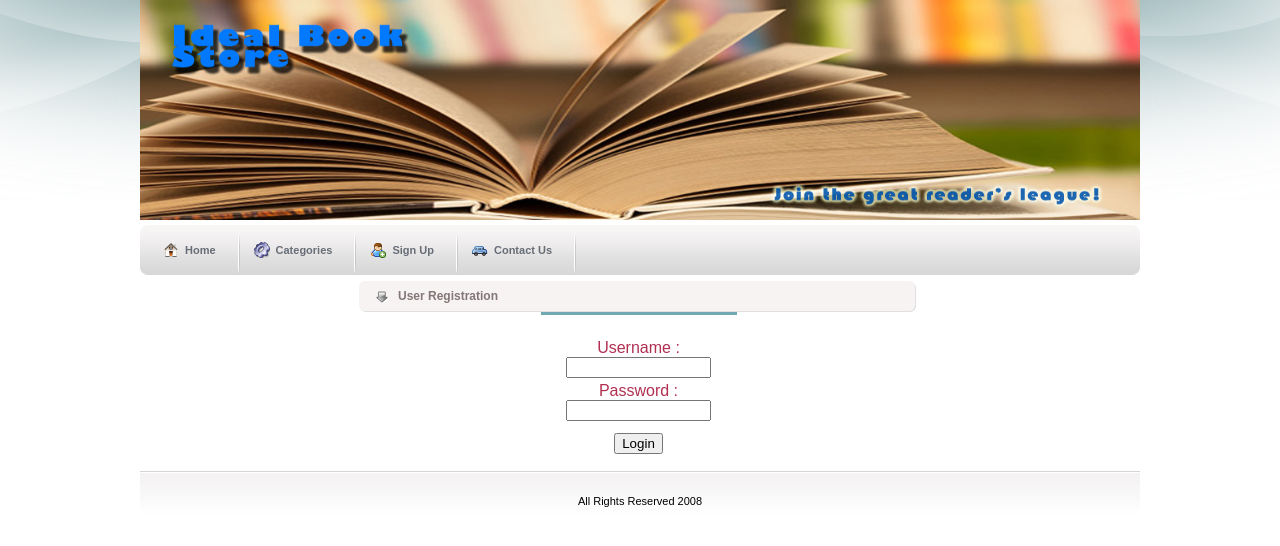
Repository: tusharjain887/Online-Book-Sales
Page: PROJECT/workspace/workspace/OnlineBook/WebContent/corpuser.html
These files come from the project's save history. The page is drawn as it stood at one moment and after the next save; the edit follows.
The browser window is 1280 px wide. The pictures show the whole page.

Above is the page before, as saved 2013-04-09 13:32:42.

After the next save:
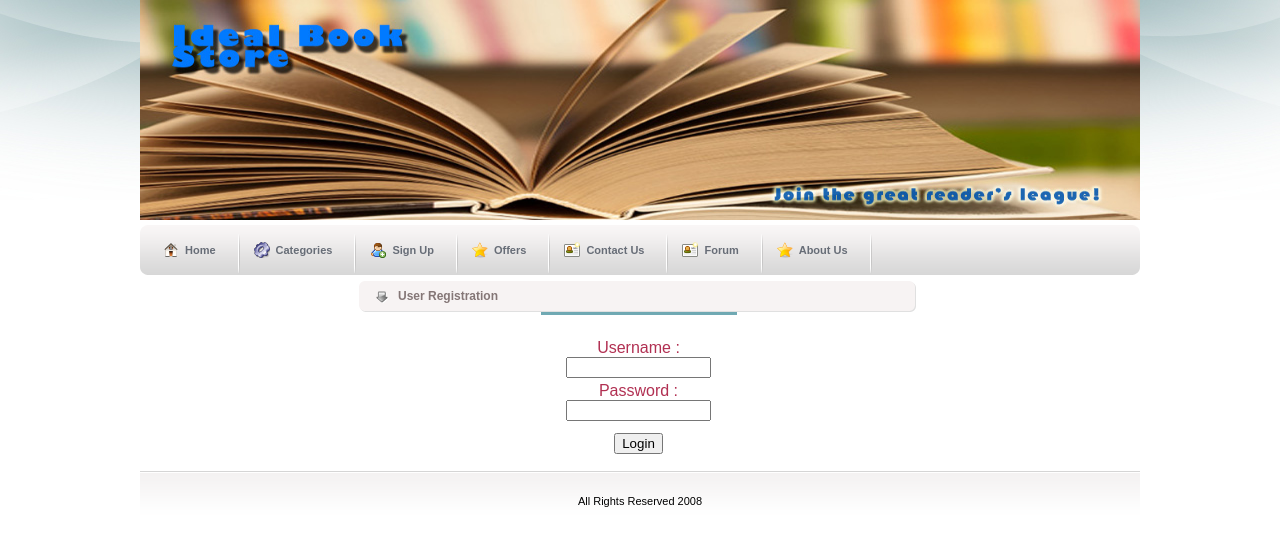
Saved 3 min 29 s later.
--- a/PROJECT/workspace/workspace/OnlineBook/WebContent/corpuser.html
+++ b/PROJECT/workspace/workspace/OnlineBook/WebContent/corpuser.html
@@ -73,10 +73,17 @@ function validate()
         <li class="divider"></li>
         <li><a href="categories.jsp" class="nav2">Categories</a></li>
         <li class="divider"></li>
-        <li><a href="registration.html" class="nav4">Sign Up</a></li>
+        <li><a href="registration.jsp" class="nav4">Sign Up</a></li>
         <li class="divider"></li>
-        <li><a href="contact.jsp" class="nav5">Contact Us</a></li>
+        <li><a href="news.jsp" class="nav3">Offers</a></li>
         <li class="divider"></li>
+        <li><a href="contact.jsp" class="nav6">Contact Us</a></li>
+        <li class="divider"></li>
+        <li><a href="forum.jsp" class="nav6">Forum</a></li>
+        <li class="divider"></li>
+        <li><a href="aboutus.jsp" class="nav3">About Us</a></li>
+        <li class="divider"></li>
+
       </ul>
       <div class="right_menu_corner"></div>
     </div>
